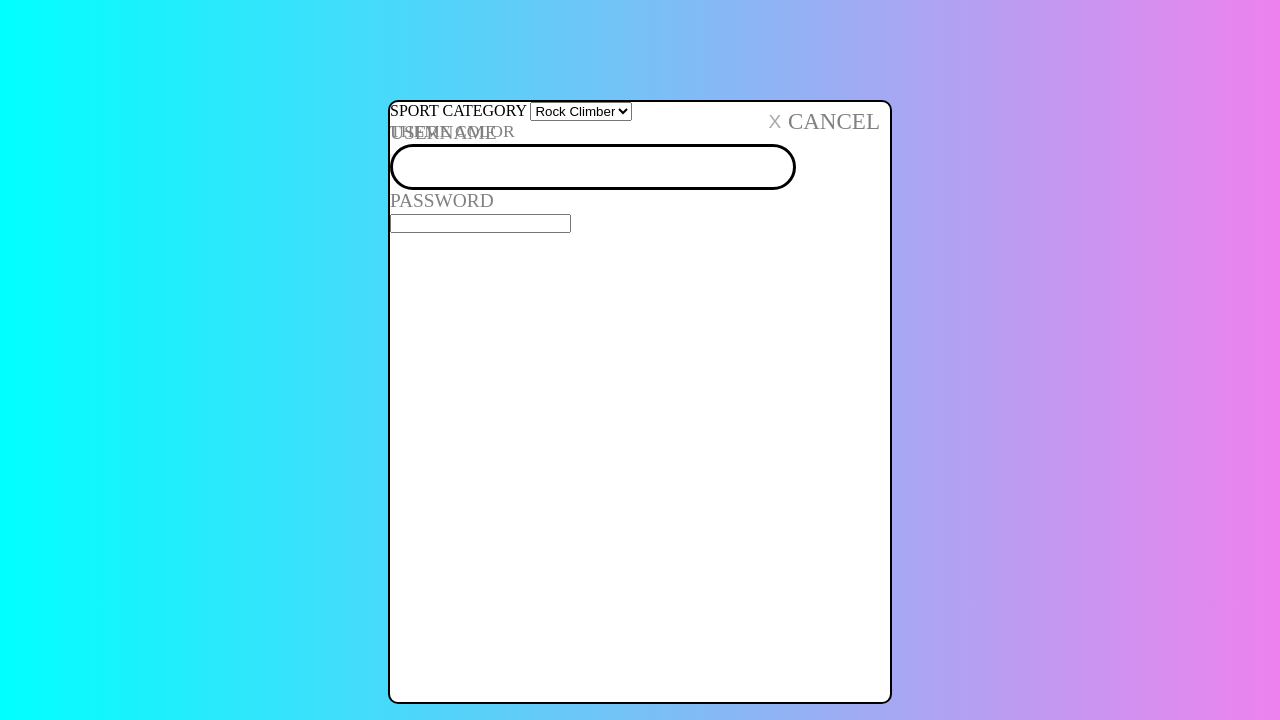
Repository: zRush1202/LoginPage-demo
Page: dom/exercise/login.html
An editor plug-in stored every save of this project. The page is shown before and after the next save, followed by the edit.
The browser window is 1280 px wide. The pictures show the whole page.

Above is the page before, as saved 2023-09-17 09:22:25.

After the next save:
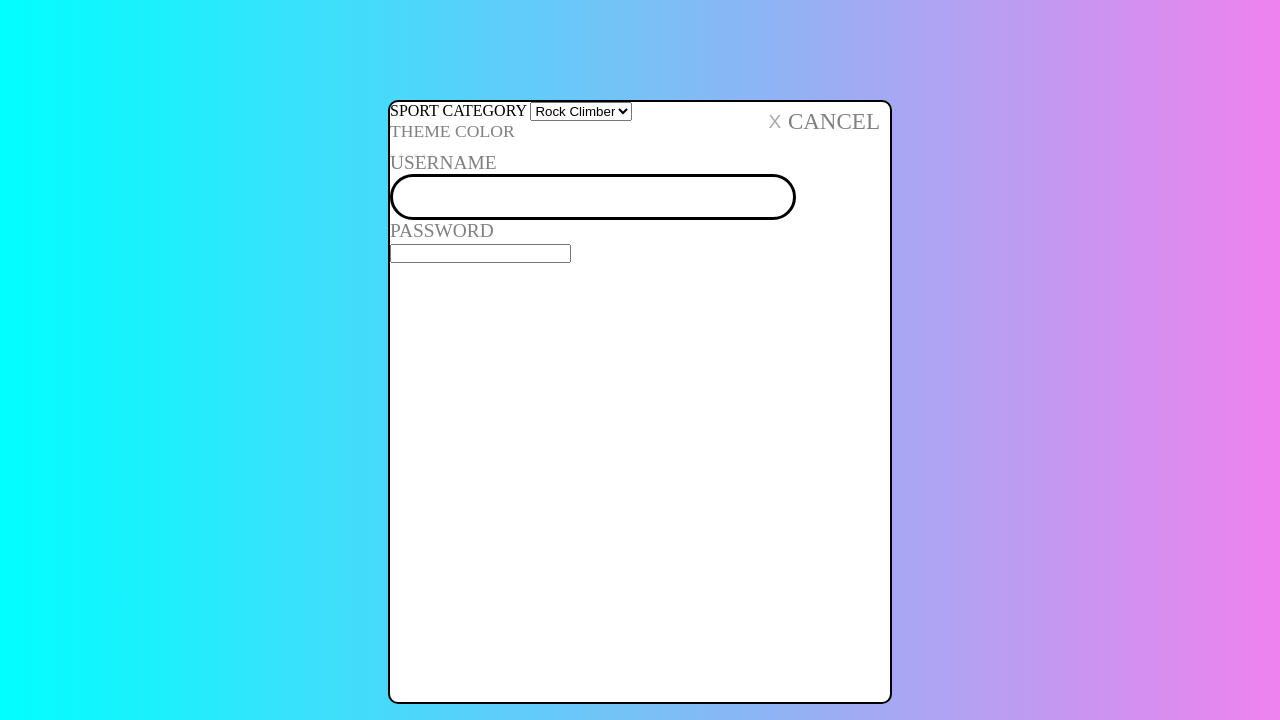
Saved 4 s later.
--- a/dom/exercise/login.css
+++ b/dom/exercise/login.css
@@ -59,5 +59,5 @@ body {
 
 .tk {
     position: absolute;
-    top: 20px;
+    top: 50px;
 }
